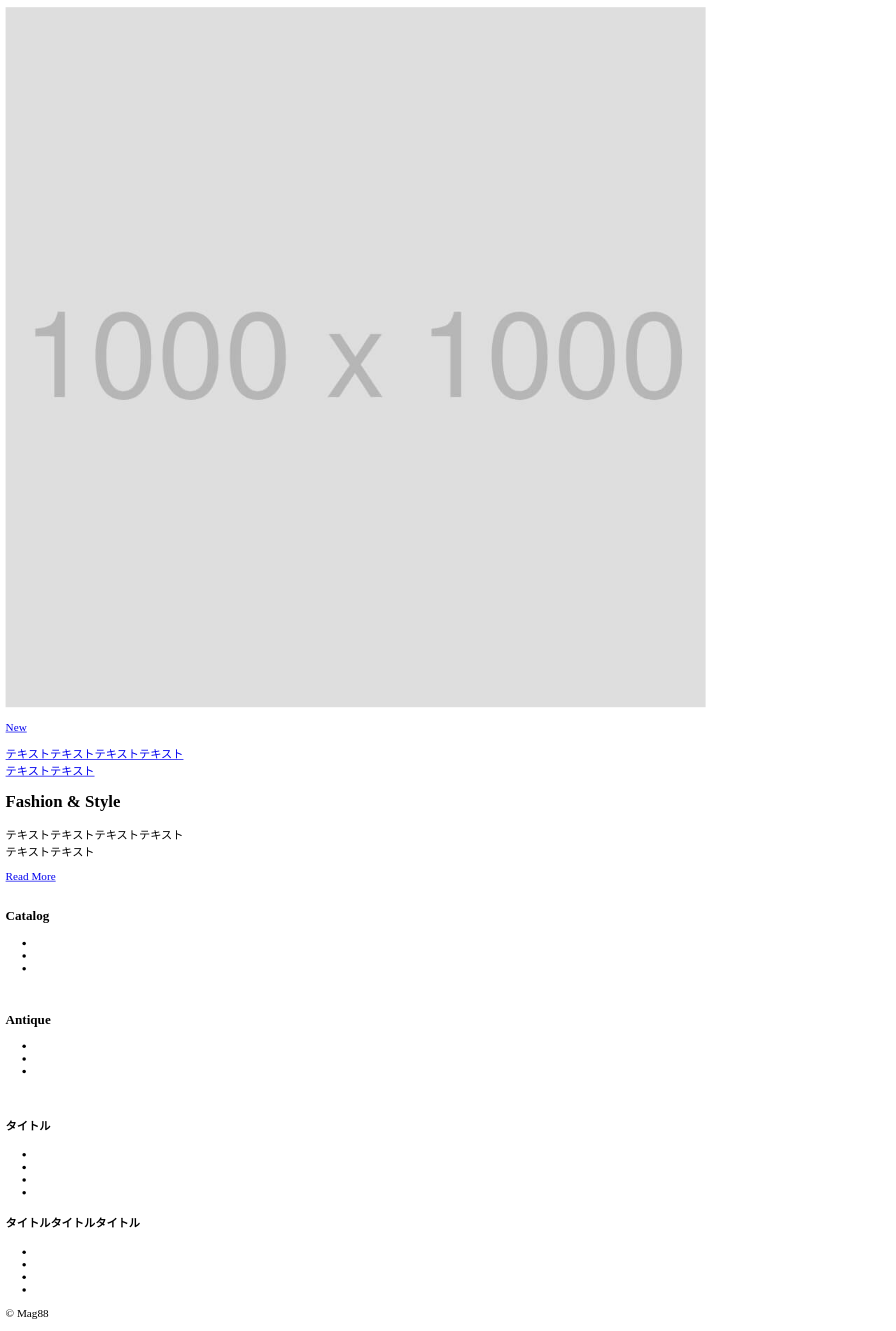
Repository: Fuki-san/bookstore
Page: http://localhost/book
These files come from the project's save history. The page is drawn as it stood at one moment and after the next save; the edit follows.
The browser window is 1280 px wide. The pictures show the part of the page from y = 1285 to 3205 px (the page is 3187 px tall before and 3205 px after), at 70% of full size.
The page is served by the project's Laravel application, run on PHP 8.4 with Laravel 10. Other server files are loaded and not shown.

Above is the page before, as saved 2023-11-20 12:18:30.

### routes/web.php
<?php

use Illuminate\Support\Facades\Route;

/*
|--------------------------------------------------------------------------
| Web Routes
|--------------------------------------------------------------------------
|
| Here is where you can register web routes for your application. These
| routes are loaded by the RouteServiceProvider and all of them will
| be assigned to the "web" middleware group. Make something great!
|
*/

Route::get('/', function () {
    return view('welcome');
});

Route::get('book', function() {
    return view('bookstore');
})->name('book');

### resources/views/bookstore.blade.php
@extends('layouts.main')

@section('title', 'bookstore')

@section('content')
    <header>
        <h1 class="site-title"><img src="img/logo.svg" alt="Mag88"></h1>
    </header>

    <main>
        <section id="magazine" class="wrapper">
            <h2 class="sec-title">A special, long article in a newspaper or magazine</h2>
            <p>テキストテキスト</p>
            <div class="flex-item">
                <a class="item" href="#">
                    <img src="img/magazine-archive.jpg">
                    <div class="text">
                        <p class="title">Archive</p>
                        <p>
                            テキストテキストテキストテキスト<br>
                            テキストテキスト
                        </p>
                    </div>
                </a>
                <a href="#" class="item">
                    <img src="img/magazine-new.jpg">
                    <div class="text">
                        <p class="title">New</p>
                        <p>
                            テキストテキストテキストテキスト<br>
                            テキストテキスト
                        </p>
                    </div>
                </a>
            </div>
        </section>

        <section id="fashion">
            <div class="wrapper">
                <h2 class="sec-title">Fashion &amp; Style</h2>
                <p>
                テキストテキストテキストテキスト<br>
                テキストテキスト
                </p>
                <a href="#" btn>Read More</a>
            </div>
        </section>

        <section class="catalog-antique">
            <img src="">
            <h3>Catalog</h3>
            <ul>
                <li></li>
                <li></li>
                <li></li>
            </ul>
        </section>
        <section class="catalog-antique">
            <img src="">
            <h3>Antique</h3>
            <ul>
                <li></li>
                <li></li>
                <li></li>
            </ul>
        </section>

    </main>


    <footer>
        <div class="footer-menu">
            <img src="">
            <h4>タイトル</h4>
            <ul>
                <li></li>
                <li></li>
                <li></li>
                <li></li>
            </ul>
            <h4>タイトルタイトルタイトル</h4>
            <ul>
                <li></li>
                <li></li>
                <li></li>
                <li></li>
            </ul>
        </div>
        <p>&copy; Mag88</p>
    </footer>
@endsection

### resources/views/layouts/main.blade.php
<!DOCTYPE html>
<html lang="ja">
<head>
    <meta charset="UTF-8">
    <meta name="viewport" content="width=device-width, initial-scale=1.0">
    <meta http-equiv="X-UA-Compatible" content="ie=edge">
    <link rel="stylesheet" href="{{ asset('css/reset.css') }}">
    <link rel="stylesheet" href="{{ asset('css/style.css') }}">
    <link rel="icon" href="img/favicon.ico">
    <title>@yield('title')</title>
</head>
<body>
    @yield('content')
</body>
</html>

### public/img/logo.svg
<?xml version="1.0" encoding="utf-8"?>
<!-- Generator: Adobe Illustrator 15.1.0, SVG Export Plug-In . SVG Version: 6.00 Build 0)  -->
<!DOCTYPE svg PUBLIC "-//W3C//DTD SVG 1.1//EN" "http://www.w3.org/Graphics/SVG/1.1/DTD/svg11.dtd">
<svg version="1.1" id="レイヤー_1" xmlns="http://www.w3.org/2000/svg" xmlns:xlink="http://www.w3.org/1999/xlink" x="0px"
	 y="0px" width="120px" height="40px" viewBox="0 0 120 40" enable-background="new 0 0 120 40" xml:space="preserve">
<text transform="matrix(1 0 0 1 11.667 -25.8213)" fill="#2B3137" font-family="'Arial-BoldMT'" font-size="31.8021">Mag88</text>
<rect fill="#2A2A2A" width="120" height="40"/>
<g>
	<path fill="#FFFFFF" d="M13.351,29.333V6.568h6.879l4.13,15.529l4.084-15.529h6.895v22.765h-4.271v-17.92l-4.519,17.92h-4.425
		l-4.503-17.92v17.92H13.351z"/>
	<path fill="#FFFFFF" d="M43.134,17.872l-3.96-0.714c0.445-1.595,1.211-2.774,2.299-3.54c1.087-0.766,2.701-1.149,4.845-1.149
		c1.946,0,3.396,0.23,4.348,0.69c0.952,0.461,1.623,1.047,2.011,1.756c0.389,0.709,0.582,2.01,0.582,3.904l-0.046,5.094
		c0,1.449,0.069,2.518,0.21,3.207c0.139,0.688,0.4,1.426,0.783,2.213h-4.316c-0.113-0.29-0.254-0.72-0.419-1.289
		c-0.073-0.259-0.124-0.43-0.155-0.513c-0.746,0.725-1.543,1.269-2.392,1.63c-0.849,0.363-1.755,0.544-2.718,0.544
		c-1.697,0-3.035-0.46-4.014-1.382s-1.467-2.086-1.467-3.494c0-0.932,0.222-1.762,0.667-2.492c0.444-0.73,1.069-1.289,1.871-1.677
		c0.802-0.389,1.959-0.728,3.471-1.018c2.039-0.383,3.452-0.739,4.239-1.071v-0.435c0-0.839-0.207-1.437-0.621-1.794
		s-1.195-0.535-2.345-0.535c-0.776,0-1.382,0.152-1.817,0.458C43.755,16.571,43.403,17.106,43.134,17.872z M48.973,21.413
		c-0.559,0.187-1.444,0.409-2.655,0.668c-1.212,0.259-2.003,0.512-2.376,0.761c-0.569,0.403-0.854,0.916-0.854,1.537
		c0,0.61,0.227,1.14,0.683,1.584c0.456,0.445,1.035,0.667,1.739,0.667c0.787,0,1.537-0.258,2.252-0.775
		c0.527-0.394,0.875-0.875,1.04-1.444c0.114-0.373,0.171-1.081,0.171-2.128V21.413z"/>
	<path fill="#FFFFFF" d="M57.157,30.419l4.984,0.605c0.083,0.58,0.274,0.979,0.574,1.196c0.414,0.311,1.066,0.466,1.957,0.466
		c1.139,0,1.992-0.171,2.563-0.512c0.383-0.229,0.673-0.596,0.869-1.104c0.135-0.362,0.202-1.029,0.202-2.003v-2.407
		c-1.304,1.781-2.95,2.672-4.938,2.672c-2.215,0-3.97-0.938-5.264-2.811c-1.015-1.48-1.521-3.324-1.521-5.529
		c0-2.764,0.664-4.875,1.995-6.335c1.33-1.46,2.983-2.189,4.962-2.189c2.039,0,3.721,0.896,5.046,2.687v-2.314h4.084V27.64
		c0,1.946-0.161,3.4-0.481,4.363s-0.771,1.719-1.351,2.268c-0.58,0.549-1.354,0.979-2.321,1.289
		c-0.969,0.311-2.192,0.466-3.673,0.466c-2.795,0-4.778-0.479-5.947-1.437c-1.17-0.957-1.755-2.172-1.755-3.642
		C57.141,30.802,57.147,30.626,57.157,30.419z M61.054,20.745c0,1.75,0.339,3.031,1.017,3.844c0.679,0.813,1.515,1.219,2.508,1.219
		c1.066,0,1.967-0.416,2.703-1.25c0.734-0.834,1.102-2.068,1.102-3.703c0-1.709-0.352-2.977-1.056-3.805s-1.595-1.242-2.671-1.242
		c-1.045,0-1.907,0.406-2.586,1.219C61.393,17.839,61.054,19.079,61.054,20.745z"/>
	<path fill="#FFFFFF" d="M79.797,17.05c-1.129-0.477-1.949-1.131-2.462-1.965c-0.513-0.833-0.769-1.746-0.769-2.74
		c0-1.697,0.593-3.101,1.778-4.208c1.185-1.107,2.87-1.662,5.054-1.662c2.164,0,3.844,0.554,5.039,1.662
		c1.196,1.108,1.794,2.511,1.794,4.208c0,1.056-0.274,1.995-0.823,2.818c-0.549,0.822-1.32,1.451-2.313,1.887
		c1.263,0.508,2.224,1.248,2.88,2.221c0.658,0.973,0.986,2.096,0.986,3.369c0,2.102-0.67,3.811-2.011,5.125
		s-3.124,1.972-5.349,1.972c-2.071,0-3.795-0.544-5.172-1.63c-1.625-1.284-2.438-3.045-2.438-5.28c0-1.231,0.305-2.362,0.916-3.394
		C77.52,18.403,78.482,17.608,79.797,17.05z M80.293,22.407c0,1.201,0.309,2.138,0.924,2.811c0.616,0.673,1.385,1.01,2.307,1.01
		c0.9,0,1.646-0.324,2.236-0.971c0.59-0.647,0.885-1.582,0.885-2.803c0-1.066-0.301-1.924-0.9-2.57
		c-0.602-0.646-1.361-0.971-2.283-0.971c-1.066,0-1.861,0.367-2.383,1.103C80.555,20.751,80.293,21.548,80.293,22.407z
		 M80.698,12.655c0,0.869,0.246,1.547,0.737,2.034c0.491,0.486,1.146,0.729,1.964,0.729c0.828,0,1.491-0.246,1.988-0.737
		s0.745-1.173,0.745-2.042c0-0.818-0.246-1.473-0.737-1.965c-0.492-0.491-1.142-0.737-1.949-0.737c-0.838,0-1.506,0.249-2.003,0.745
		C80.946,11.18,80.698,11.837,80.698,12.655z"/>
	<path fill="#FFFFFF" d="M97.484,17.05c-1.128-0.477-1.948-1.131-2.462-1.965c-0.512-0.833-0.768-1.746-0.768-2.74
		c0-1.697,0.592-3.101,1.777-4.208c1.186-1.107,2.871-1.662,5.055-1.662c2.164,0,3.844,0.554,5.039,1.662
		c1.195,1.108,1.793,2.511,1.793,4.208c0,1.056-0.273,1.995-0.822,2.818c-0.549,0.822-1.32,1.451-2.314,1.887
		c1.264,0.508,2.224,1.248,2.881,2.221c0.658,0.973,0.986,2.096,0.986,3.369c0,2.102-0.67,3.811-2.012,5.125
		c-1.34,1.314-3.123,1.972-5.349,1.972c-2.071,0-3.794-0.544-5.171-1.63c-1.625-1.284-2.438-3.045-2.438-5.28
		c0-1.231,0.305-2.362,0.916-3.394C95.207,18.403,96.168,17.608,97.484,17.05z M97.981,22.407c0,1.201,0.308,2.138,0.924,2.811
		c0.615,0.673,1.385,1.01,2.307,1.01c0.9,0,1.646-0.324,2.235-0.971c0.591-0.647,0.886-1.582,0.886-2.803
		c0-1.066-0.301-1.924-0.901-2.57s-1.361-0.971-2.282-0.971c-1.066,0-1.861,0.367-2.384,1.103S97.981,21.548,97.981,22.407z
		 M98.385,12.655c0,0.869,0.245,1.547,0.736,2.034c0.492,0.486,1.146,0.729,1.965,0.729c0.828,0,1.49-0.246,1.988-0.737
		c0.496-0.491,0.744-1.173,0.744-2.042c0-0.818-0.246-1.473-0.736-1.965c-0.492-0.491-1.143-0.737-1.949-0.737
		c-0.839,0-1.506,0.249-2.004,0.745C98.633,11.18,98.385,11.837,98.385,12.655z"/>
</g>
</svg>

Loaded but not shown: public/css/style.css (no copy from this time; the picture is the same without it)

After the next save:
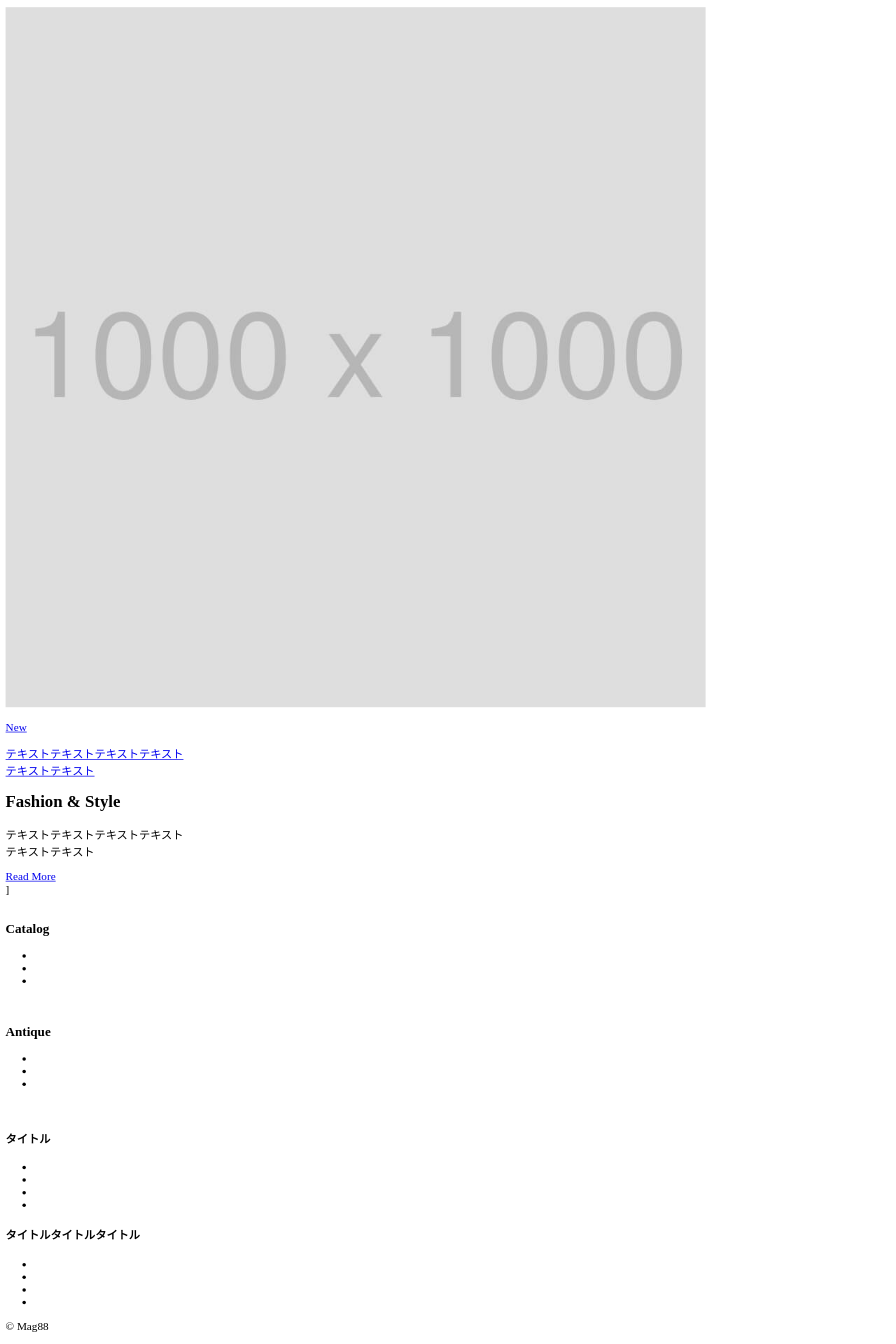
Saved 42 s later.
--- a/resources/views/bookstore.blade.php
+++ b/resources/views/bookstore.blade.php
@@ -46,7 +46,10 @@
             </div>
         </section>
 
-        <section class="catalog-antique">
+        <section class="catalog-antique">]
+            <div>
+
+            </div>
             <img src="">
             <h3>Catalog</h3>
             <ul>
